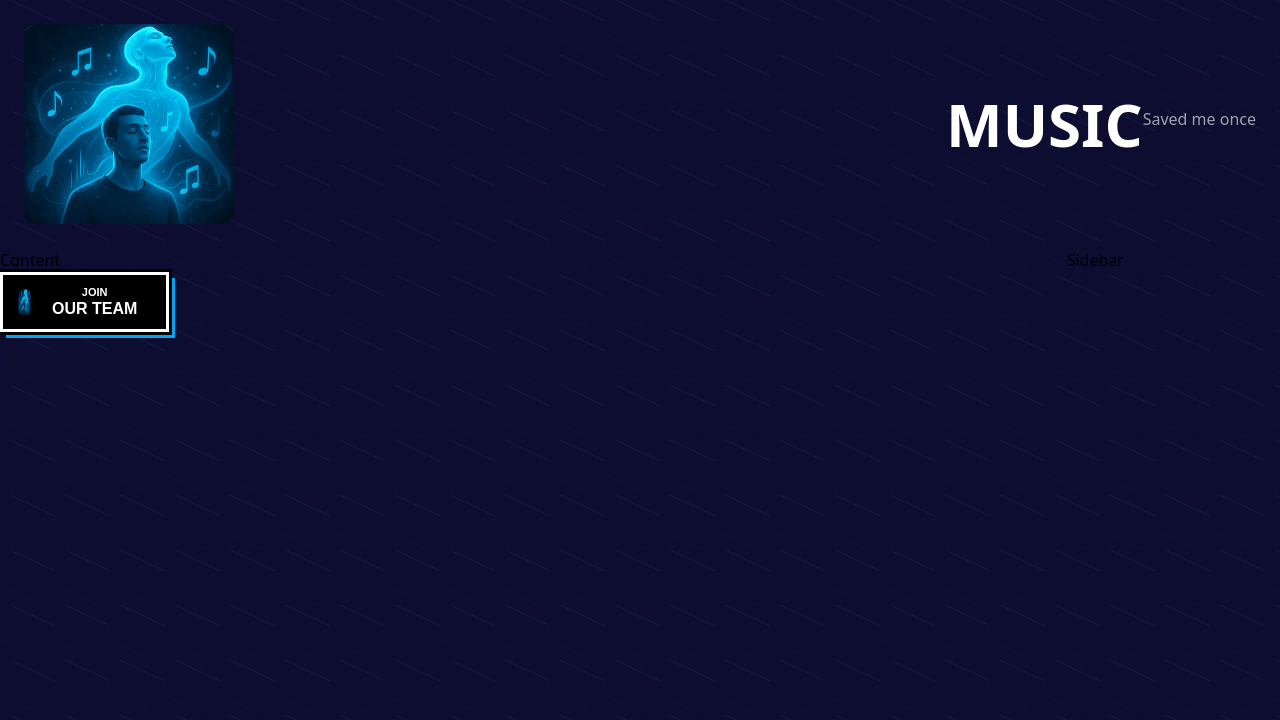
Repository: ItsMe-Pal/something
Page: index.html
An editor plug-in stored every save of this project. The page is shown before and after the next save, followed by the edit.
The browser window is 1280 px wide. The pictures show the whole page.
The style sheet was rebuilt from its Sass, Less or Tailwind sources for each picture, by a compiler version that may differ from the author's.

Above is the page before, as saved 2025-06-22 18:55:06.

After the next save:
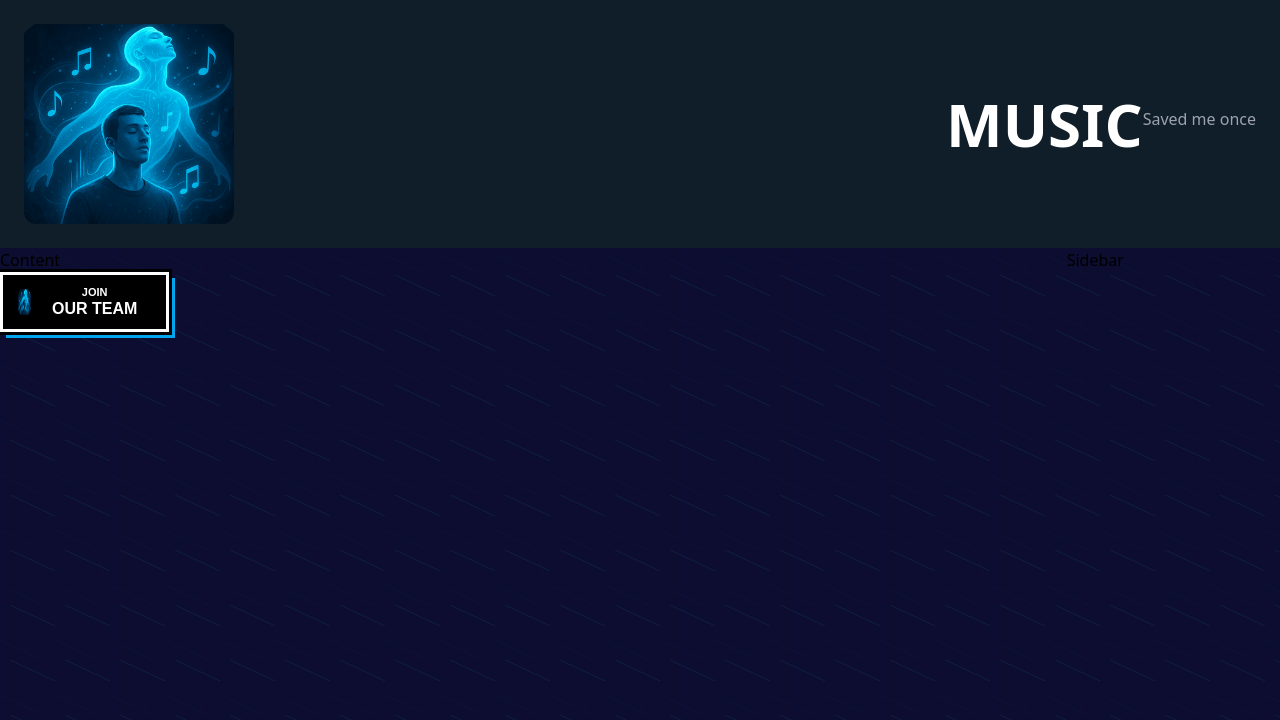
Saved 9 s later.
--- a/index.html
+++ b/index.html
@@ -19,7 +19,7 @@
         <div class="w-full h-[5%]">
 
 
-                <header style="color: #0f1e29;">
+                <header style="background-color: #0f1e29;">
                     <nav class="mx-auto flex max-w-7xl items-center justify-between p-6 lg:px-8" aria-label="Global">
                       <div class="flex lg:flex-1">
 
